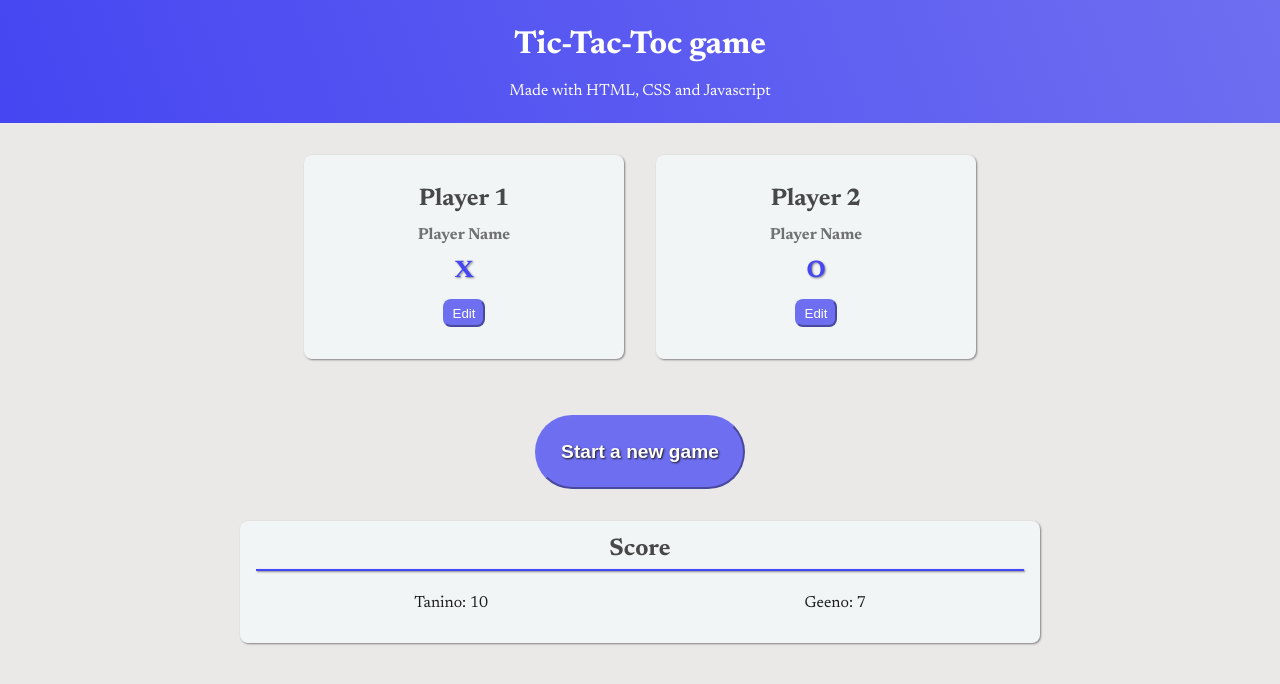
Repository: MicTomm/Tic-tac-toe-game
Page: index.html
The author's editor kept a copy of each file at every save. The page is drawn from the files as they stood at one save, then again after the next save.
The browser window is 1280 px wide. The pictures show the whole page.

Above is the page before, as saved 2023-06-26 20:12:20.

### index.html
<!DOCTYPE html>
<html lang="en">

<head>
    <meta charset="UTF-8">
    <meta name="viewport" content="width=device-width, initial-scale=1.0">
    <title>Tic-Tac-Toe</title>
    <link rel="preconnect" href="https://fonts.googleapis.com">
    <link rel="preconnect" href="https://fonts.gstatic.com" crossorigin>
    <link href="https://fonts.googleapis.com/css2?family=Newsreader:wght@400;700&display=swap" rel="stylesheet">
    <link href="/styles/styles.css" rel="stylesheet">
    <link href="/styles/overlay.css" rel="stylesheet">
    <link href="/styles/game-configuration.css" rel="stylesheet">
    <link href="/styles/game-execution.css" rel="stylesheet">
    <script src="/scripts/configuration.js" defer></script>
    <script src="/scripts/game.js" defer></script>
    <script src="/scripts/app.js" defer></script>
</head>

<body>
    <div id="back-drop"></div>
    <header id="main-header">
        <h1>Tic-Tac-Toc game</h1>
        <p>Made with HTML, CSS and Javascript</p>
    </header>
    <main>
        <aside id="aside-container">
            <header id="id=" aside-header>
                <h2>Chose your name</h2>
            </header>
            <form>
                <div id="aside-input-container">
                    <label for="choosing-player-name" id="choosing-player-name-label">Player name</label>
                    <input type="text" id="choosing-player-name" name="player-name" required>
                    <div id="input-validation-error-container">
                        <svg xmlns="http://www.w3.org/2000/svg" fill="none" viewBox="0 0 24 24" stroke-width="1.5"
                            stroke="currentColor" class="w-6 h-6">
                            <path stroke-linecap="round" stroke-linejoin="round"
                                d="M12 9v3.75m9-.75a9 9 0 11-18 0 9 9 0 0118 0zm-9 3.75h.008v.008H12v-.008z" />
                        </svg>
                        <p id="input-validation-error"></p>
                    </div>

                </div>
                <div id="aside-buttons-container">
                    <button type="button" class="btn alternative-btn" id="cancel-btn">
                        Cancel
                    </button>
                    <button type="submit" class="btn">Confirm</button>
                </div>
            </form>
        </aside>
        <section id="game-configuration">
            <div id="game-configuration-container">
                <article>
                    <div id="player1-container">
                        <h2>Player 1</h2>
                        <p id="player1-name">Player Name</p>
                        <p class="symbol">X</p>
                        <button id="edit-p1-btn" class="btn" data-playerid="1">Edit</button>
                    </div>
                </article>
                <article>
                    <div id="player2-container">
                        <h2>Player 2</h2>
                        <p id="player2-name">Player Name</p>
                        <p class="symbol">O</p>
                        <button id="edit-p2-btn" class="btn" data-playerid="2">Edit</button>
                    </div>
                </article>
            </div>
            <div id="start-game-container">
                <button type="button" id="start-game-btn" class="btn">Start a new game</button>
            </div>
        </section>

        <div id="score-container">

            <h2>Score</h2>
            <hr>
            <div id="score-players-div">
                <div id="p1-score">
                    <p>Tanino: <span>10</span></p>
                </div>
                <div id="p2-score">
                    <p>Geeno: <span>7</span></p>
                </div>
            </div>
        </div>
        <section id="game-execution">



            <article id="game-over">
                <h2>You won, <span id="winner-player-name">PLAYER NAME</span>!</h2>
                <p>Click the "Start New Game" button above, to start a new game!</p>
            </article>

            <p id="p-turn">It's your turn <span id="active-player-name">PLAYER NAME</span> !</p>
            <ol id="game-board">
                <li value="1"></li>
                <li value="2"></li>
                <li value="3"></li>

                <li value="4"></li>
                <li value="5"></li>
                <li value="6"></li>

                <li value="7"></li>
                <li value="8"></li>
                <li value="9"></li>
            </ol>
        </section>
        </section>
    </main>

</body>

</html>

### styles/styles.css
body {
    margin: 0;
    background-color: rgb(235, 232, 232);
    font-family: 'Newsreader', serif;
    color: rgb(27, 27, 27);
}

h2 {
    margin: 0rem;
    color: rgb(27, 27, 27, 0.8);
    text-shadow: .5px .5px 1px rgba(255, 255, 255, 0.5);
}

#main-header {
    background: linear-gradient(70deg, rgb(70, 70, 242), rgb(110, 110, 241));
    color: white;
    padding: 0.5rem 5%;
    text-align: center;
}

.btn {
    background-color: rgb(110, 110, 241);
    border-color: rgb(110, 112, 241);
    color: white;
    border-radius: 8px;
    padding: 0.3rem 0.5rem;
    cursor: pointer;
}

.alternative-btn {
    background-color: rgb(223, 223, 239);
    border-color: transparent;
    color: rgb(27, 27, 27);
    margin: 0.5rem;
}

.btn:hover {
    background-color: rgb(127, 127, 233);
    box-shadow: 1px 1px 2px rgb(27, 27, 27);
}

.alternative-btn:hover {
    background-color: rgb(210, 210, 235);
    border-color: rgb(205, 205, 233);
}

aside h2,
aside label {
    color: rgb(110, 110, 241);
    text-shadow: .5px .5px 1px rgb(27, 27, 27, 0.5);
}

form label {
    display: block;
    margin-bottom: .5rem;
}

form input {
    padding: .3rem;
    border-color: transparent;
    border-radius: 8px;
    font-family: inherit;
}

form input:hover,
form input:focus {
    outline: rgb(110, 110, 241) auto 1px;
}

form #aside-buttons-container {
    display: flex;
    flex-flow: row;
    justify-content: center;
    align-items: center;
    margin: .5rem;
}

### styles/overlay.css
#aside-container {
text-align: center;
    background-color: rgb(241, 245, 245);
    width: 90%;
    margin: 0rem auto;
    border-radius: .6rem;
    padding: .5rem 0rem;
    position: fixed;
    top: 25%;
    left: 5%;
    display: none;
}

#back-drop {
    background-color: rgba(86, 78, 78, 0.5);
    width: 100%;
    height: 100%;
    position: fixed;
    display: none;
}

aside h2,
aside label {
    color: rgb(110, 110, 241);
    text-shadow: .5px .5px 1px rgb(27, 27, 27, 0.5);
}

form label {
    display: block;
    margin-bottom: .5rem;
}

.choosing-player-name-label-error{
    color: red;
}

form input {
    padding: .3rem;
    border-color: transparent;
    border-radius: 8px;
    font-family: inherit;
    font-weight: 700;
    color: rgb(27, 27, 27, 0.7);
    text-align: center;
    width: 40%;
    margin: .1rem 30%;
}

.choosing-player-name-error{
    border-color:red;
    background-color: rgb(244, 183, 183);
}

form input:hover,
form input:focus {
    outline: rgb(110, 110, 241) auto 1px;
}

form #aside-buttons-container {
    display: flex;
    flex-flow: row;
    justify-content: center;
    align-items: center;
    margin: .5rem;
}

#input-validation-error-container{
    height: 1rem;
    width: 40%;
    margin: .1rem 30%;
    display: none;
    color: red;
}

#input-validation-error{
    font-size: .8rem;
    margin: 0 0 0 .2rem;
    padding-top: 0.2rem;
}

svg{
    height: 1rem;
    width: 1rem;
}

@media (min-width: 48rem) {

    #aside-container {
        position: fixed;
        top: 25%;
        left: calc(50% - 20rem);
        width: 40rem;
    }

}

### styles/game-configuration.css
#game-configuration{
    display: flex;
    flex-flow: column;
    align-items: center;
    margin: 2rem auto;
    width: 90%;
}

#game-configuration-container{
    display: flex;
    flex-flow: row;
    justify-content: center;
    align-items: center;
    margin-bottom: 3.5rem;
}

#player1-container,
#player2-container{
    background-color: rgb(241, 245, 245);
    margin: 0rem 1rem;
    padding: 2rem 0rem;
    display: flex;
    flex-flow: column;
    justify-content: center;
    align-items: center;
    width: 20rem;
    border-radius: 8px;
    box-shadow: 1px 1px 2px rgb(27, 27, 27, 0.5);
}

#game-configuration p{
    color: rgb(27, 27, 27, 0.6);
    font-weight: bold;
}

#game-configuration .symbol{
    margin: 0rem 0rem 1rem 0rem;
    font-weight: 700;
    font-size: 1.5rem;
    color: rgb(70, 70, 242);
    text-shadow: 1px 1px 2px rgb(27, 27, 27, 0.5);
}

#start-game-container{
    display: block;

}

#start-game-btn{
    padding: 1.5rem;
    border-radius: 20rem;
    font-size: 1.2rem;
    font-weight: 700;
    text-shadow: 1px 1px 2px rgb(27, 27, 27);
    cursor: pointer;
}

#start-game-btn:hover{
    background: linear-gradient(70deg, rgb(152, 228, 40), rgb(70, 70, 242));
}

### styles/game-execution.css
hr{
    border: .02rem solid rgb(68, 68, 248);
    box-shadow: 1px 1px 2px rgb(27, 27, 27, 0.5);
}

#game-execution{
    width: 90%;
    margin: 2rem auto;
    text-align: center;
    display: none;
}

#game-over{
    display: none;
    margin: 0rem auto;
    padding: 1rem;
    background: linear-gradient(70deg, rgb(68, 68, 248), rgb(143, 143, 242));
    border-radius: 10px;
    box-shadow: 1px 1px 2px rgb(27, 27, 27, 0.5);
    max-width: 40rem;
}

#game-over p{
    color: white;
    text-shadow: .5px .5px 1px rgb(27, 27, 27, 0.5);
    font-weight: 400;
}

#p-turn{
    color: rgb(67, 74, 67);
    font-weight: 700;
    font-size: 1.5rem;
    text-shadow: .5px .5px 1px rgb(27, 27, 27, 0.8);
    display: none;
}

#active-player-name{
    color: rgb(38, 177, 38);
}

#game-board{
    display: none;
    justify-content: center;
    grid-template-columns: repeat(3, 6rem); /*lo stesso che scrivere 6rem 6rem 6rem*/
    grid-template-rows: repeat(3, 6rem);
    list-style: none;
    gap: .5rem;
    padding: 0rem;
}

#game-execution li{
    background-color: rgb(143, 143, 242);
    display: flex;
    justify-content: center;
    align-items: center;
    color: rgb(27, 27, 27, 0.5)l;
    font-weight: 700;
    text-shadow: .5px .5px 1px rgb(255, 255, 255, 0.7);
    font-size: 2rem;
    border-radius: 8px;
    cursor: pointer;
}

#game-execution li:hover{
    background-color: rgb(68, 68, 248);
    text-shadow: .5px .5px 1px rgb(27, 27, 27);
    color: white;
}

#game-execution li.disabled{
    background-color: rgb(68, 68, 248);
    text-shadow: .5px .5px 1px rgb(27, 27, 27);
    cursor: default;
    color: white;
}

#score-container{
    text-align: center;
    background-color: rgb(241, 245, 245);
    border-radius: 8px;
    padding: 1rem;
    box-shadow: 1px 1px 2px rgb(27, 27, 27, 0.5);
    width: 60%;
    margin: 1rem auto;
}

#score-players-div{
    display: flex;
    justify-content: space-around;
    align-items: center;
}

### scripts/configuration.js
function editPlayerConfiguration(event) {
    /**
     * playerid è un attributo che realizzo nel file .html (data-playerid), per gli elementi edit-p1-btn
     * e edit-p2-btn, al fine di tracciare quale dei due button-edit sto cliccando, ed utilizzarne
     * l'identificativo estrapolato in js.
     *
     * Si possono aggiungere più attributi(proprietà) allo stesso elemento.
     *
     * l'attributo si realizza sempre facendo succedere una o più stringhe di testo alla stringa 'data-'.
     * Bisogna scrivere le stringhe tutto in minuscolo perché, se faccio console.dir(event), facendo
     * drilling fino alla voce target, posso constatare che, anche se scrivo in camelcase, l'attributo
     * viene registrato tutto in lowercase.
     *
     * Se voglio scrivere invece che data-playerid, data-player-id, nel codice js devo poi estrapolarlo come:
     * event.target.dataset['player-id']
     */
    const playerIdSelected = event.target.dataset.playerid;
    playerId = playerIdSelected;

    isNotToCancel = false;

    console.log(players[playerId - 1].name);

    if (players[playerId - 1].name){
        inputValidationInput.value = players[playerId - 1].name;
    } else {
        inputValidationInput.value = '';
    }

    console.log(playerId);


    overlay.style.display = 'block';
    backdrop.style.display = 'block';


}

function cancelPlayerConfiguration() {
    overlay.style.display = 'none';
    backdrop.style.display = 'none';
    removeInputError();

    console.log(isNotToCancel);

    if(!isNotToCancel){
        console.log('to cancel');
        players[playerId - 1].name = '';
        console.log(players[playerId - 1].name);

        if(playerId == players[playerId - 1].id){
            player1Name.textContent = 'Player Name';
        } else {
            player2Name.textContent = 'Player Name';
        }
    }
}

function savePlayerConfig(event) {
    /*
    preventDefault() evita che venga eseguito il comportamento di default quando viene inviato
    il form.
    Tale comportamento consiste nell' inviare una richiesta GET al web server che la processerà,
    nel mio caso il server locale.
    */
    event.preventDefault();

    /*
    event è un oggetto js generato automaticamente dal browser al verificarsi di un evento, e che lo
    descrive.
    Con l'attributo target, si punta direttamente all'elemento HTML che ha generato l'evento.
    In questo caso il form, perché è stato il form ad essere inviato.

    new FormData è una built-in function che è resa disponibile direttamente nel browser in js.
    Con 'new', istanzio un oggetto di tipo FormData, e passandogli come parametro il pointer al form,
    posso estrapolare tutte le informazioni submitted che, in HTML presentano l'ttributo 'name' nel
    rispettivo input-element.
    */
    const formData = new FormData(event.target);
    playerName = formData.get('player-name').trim();
    console.log('Player name: ' + playerName);

    /*  Una stringa vuota è un falsy-value
    Una stringa che ha un valore è un truly-value
    Quindi, sto dicendo: se la stringa non è truly
    */
    if (!playerName) {

        inputValidationLabel.classList.add('choosing-player-name-label-error');
        inputValidationInput.classList.add('choosing-player-name-error');

        inputValidationErrorContainer.style.display = 'flex';
        inputValidationErrorContainer.style.flexFlow = 'row';
        inputValidationErrorContainer.style.justifyContent = 'center';
        inputValidationErrorContainer.style.alignItems = 'center';
        inputValidationErrorParagraph.textContent = 'Please, enter valid a name!';
        return;
    }
    else {
        removeInputError();

        players[playerId - 1].name = playerName;


        if (playerId == 1) {
            player1Name.textContent = playerName;
        } else {
            player2Name.textContent = playerName;
        }

        isNotToCancel = true;

        cancelPlayerConfiguration();
    }

}

function removeInputError() {
    inputValidationErrorContainer.style.display = 'none';
    inputValidationInput.classList.remove('choosing-player-name-error');
    inputValidationLabel.classList.remove('choosing-player-name-label-error');
}

### scripts/game.js
function startNewGame() {
    if (players[0].name === '' || players[1].name === '') {
        alert('Please, set a custom player name');
        return;
    }

    gameExecutionSection.style.display = 'block';
    gameBoard.style.display = 'grid';
    gameOver.style.display = 'none';
    pPlayerTurn.style.display = 'block';
    spanPlayerTurn.textContent = players[activePlayer].name;

    if (isGameEnded) {
        gameOver.style.display = 'none';
        pPlayerTurn.style.display = 'block';

        p1SelectedFieldSet.length = 0;
        p2SelectedFieldSet.length = 0;
        for (const cell of gameBoardCells) {
            cell.classList.remove('disabled');
            cell.textContent = '';
            cell.style.cursor = 'pointer';
            cell.addEventListener('click', fillingCell);
        }
    }

}

function fillingCell(event) {
    event.target.classList.add('disabled');
    event.target.textContent = players[activePlayer].symbol;
    playerTurnCounter++;

    //stabilisco il turno del giocatore
    if (activePlayer === 0) {
        p1SelectedFieldSet.push(event.target.value);

        if (playerTurnCounter >= 5) {

            executingTurns(p1SelectedFieldSet, 0);

        }
        activePlayer = 1;

    } else {
        p2SelectedFieldSet.push(event.target.value);

        if (playerTurnCounter >= 5) {

            executingTurns(p2SelectedFieldSet, 1);

        }

        activePlayer = 0;
    }

    //aggiorno il nome del player per il prossimo turno, e rendo la cella marcata non più cliccabile
    spanPlayerTurn.textContent = players[activePlayer].name;
    event.target.removeEventListener('click', fillingCell);

    console.log(p1SelectedFieldSet);
    console.log(p2SelectedFieldSet);

}

function executingTurns(array, playerIndex) {
    for (const solution in solutions) {
        console.log('solutions: ' + solution);
        matches = 0;
        for (const s of solutions[solution]) {
            console.log('s: ' + s);
            for (const selectedField of array) {

                if (s == selectedField) {
                    matches++;
                    console.log('s: ' + s + ' == selectedField: ' + selectedField);
                    break;
                }

            }
        }
        if (matches == 3) {
            console.log('hai vinto');
            gameOver.style.display = 'block';
            pPlayerTurn.style.display = 'none';
            winnerPlayerName.textContent = players[playerIndex].name;

            for (const cell of gameBoardCells) {
                cell.style.cursor = 'default';
                cell.removeEventListener('click', fillingCell);
            }
            isGameEnded = true;
            return;
        }
    }

}

### scripts/app.js
/*
    E' possibile puntare ad una function presente in una altro file .js
    Affinché ciò sia possibile, bisogna importare nel file .htm prima il file.js in cui è definita la
    function e successivamente il .js in cui la si utilizza.
*/
console.dir(document.body);
let playerId = 0;
let playerName;
let isNotToCancel = false;
let activePlayer = 0;
let playerTurnCounter = 0;
const p1SelectedFieldSet = [];
const p2SelectedFieldSet = [];
let matches = 0;
let isGameEnded = false;

const players = [
    {
        name: '',
        id: 1,
        symbol: 'X'
    },
    {
        name: '',
        id: 2,
        symbol: 'O'
    }
]

const solutions = {
    s1:[1,2,3],
    s2:[4,5,6],
    s3:[7,8,9],
    s4:[1,4,7],
    s5:[2,5,8],
    s6:[3,6,9],
    s7:[1,5,9],
    s8:[3,5,7]
}

const overlay = document.getElementById('aside-container');
const backdrop = document.getElementById('back-drop');

const editP1Btn = document.getElementById('edit-p1-btn');
const editP2Btn = document.getElementById('edit-p2-btn');
const cancelPConfigurationBtn = document.getElementById('cancel-btn');
const startGameBtn = document.getElementById('start-game-btn');

const form = document.querySelector('form');

const inputValidationErrorContainer = document.getElementById('input-validation-error-container');
const inputValidationLabel = document.getElementById('choosing-player-name-label');
const inputValidationInput = document.getElementById('choosing-player-name');
const inputValidationErrorParagraph = document.getElementById('input-validation-error');

const player1Name = document.getElementById('player1-name');
const player2Name = document.getElementById('player2-name');

const gameExecutionSection = document.getElementById('game-execution');
//const gameExecutionSection = document.querySelector('.game-execution');

const gameBoard = document.getElementById('game-board');
const gameBoardCells = document.querySelectorAll('#game-board li');
const pPlayerTurn = document.getElementById('p-turn');
const spanPlayerTurn = document.getElementById('active-player-name');

const gameOver = document.getElementById('game-over');
const winnerPlayerName = document.getElementById('winner-player-name');


editP1Btn.addEventListener('click', editPlayerConfiguration);
editP2Btn.addEventListener('click', editPlayerConfiguration);
cancelPConfigurationBtn.addEventListener('click', cancelPlayerConfiguration);
form.addEventListener('submit', savePlayerConfig);
startGameBtn.addEventListener('click', startNewGame);

for (const cell of gameBoardCells){
    cell.addEventListener('click', fillingCell);
}

After the next save:
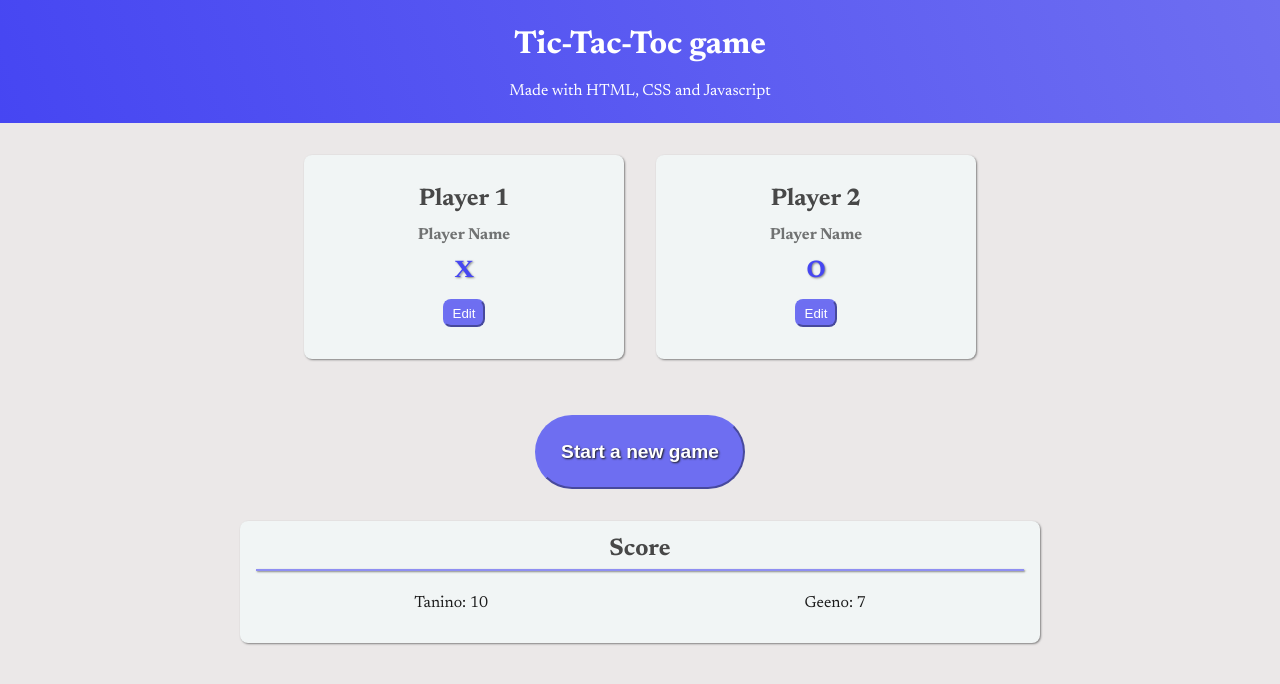
Saved 32 s later.
--- a/styles/game-execution.css
+++ b/styles/game-execution.css
@@ -1,5 +1,5 @@
 hr{
-    border: .02rem solid rgb(68, 68, 248);
+    border: .02rem solid rgb(143, 143, 242);
     box-shadow: 1px 1px 2px rgb(27, 27, 27, 0.5);
 }
 
